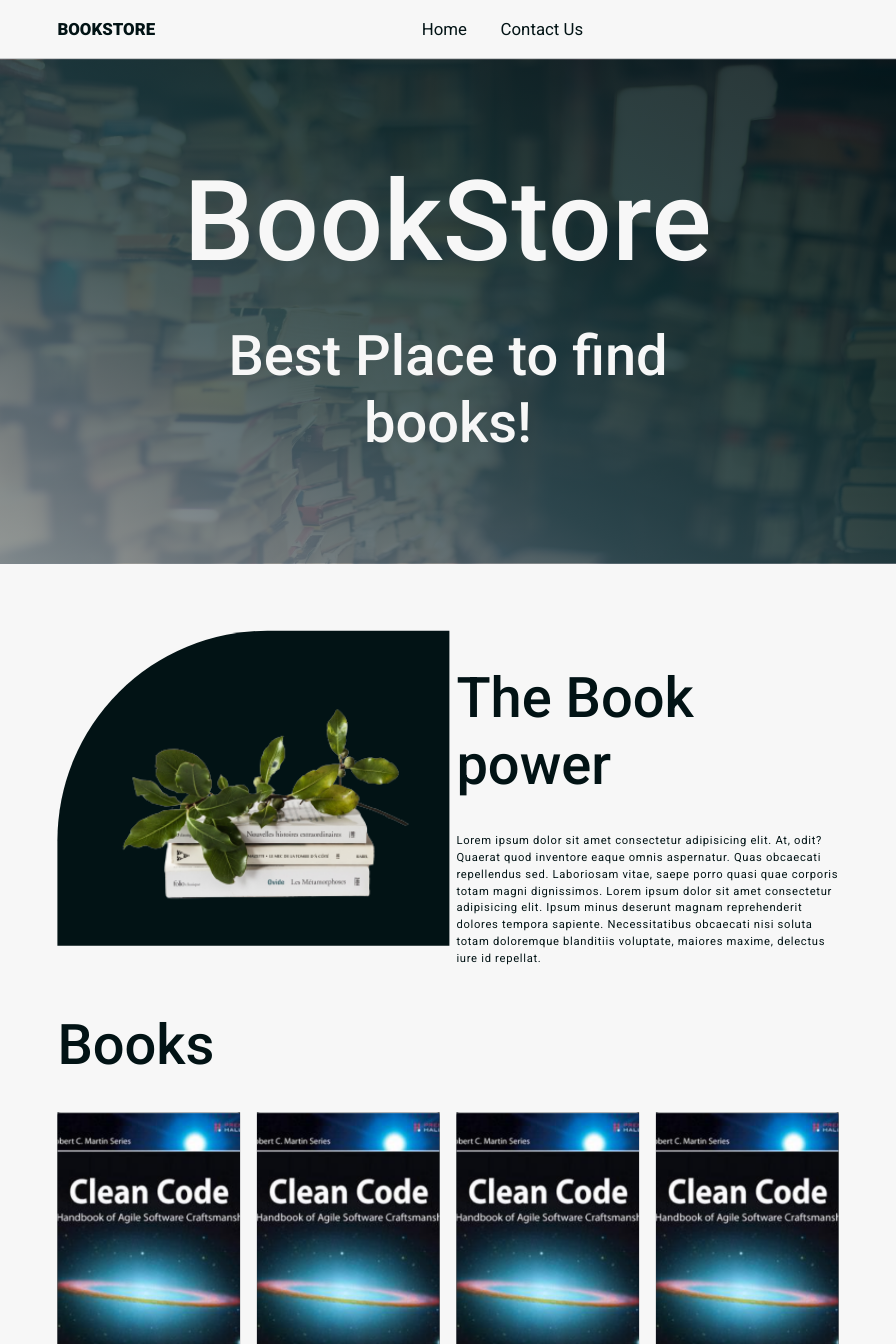
Repository: 12oly123/test
Page: index.html
These files come from the project's save history. The page is drawn as it stood at one moment and after the next save; the edit follows.
The browser window is 1280 px wide. The pictures show the part of the page from y = 0 to 1920 px (the page is 3179 px tall), at 70% of full size.

Above is the page before, as saved 2023-01-11 16:17:51.

### index.html
<!DOCTYPE html>
<html lang="en">

<head>
  <meta charset="UTF-8" />
  <meta http-equiv="X-UA-Compatible" content="IE=edge" />
  <meta name="viewport" content="width=device-width, initial-scale=1.0" />
  <title>BookStore Home</title>
  <!-- Fav icon -->
  <link rel="icon" href="images/favicon.png" type="image/png" />
  <!-- CSS Bootstrap -->
  <link rel="stylesheet" href="css/bootstrap.min.css" />
  <!-- CSS e projektit -->
  <link rel="stylesheet" href="css/style.css" />
  <!-- Font Family -->
  <link rel="preconnect" href="https://fonts.googleapis.com" />
  <link rel="preconnect" href="https://fonts.gstatic.com" crossorigin />
  <link href="https://fonts.googleapis.com/css2?family=Roboto:wght@300;400;500;900&display=swap" rel="stylesheet" />
  <!-- Ikona -->
  <link rel="stylesheet" href="https://cdnjs.cloudflare.com/ajax/libs/font-awesome/6.2.1/css/all.min.css"
    integrity="sha512-MV7K8+y+gLIBoVD59lQIYicR65iaqukzvf/nwasF0nqhPay5w/9lJmVM2hMDcnK1OnMGCdVK+iQrJ7lzPJQd1w=="
    crossorigin="anonymous" referrerpolicy="no-referrer" />
</head>

<body>
  <!-- Start Navbar -->
  <nav class="navbar navbar-expand-lg py-3">
    <div class="container">
      <a class="navbar-brand fw-bold fs-4 text-uppercase" href="home.html">BookStore</a>
      <button class="navbar-toggler" type="button" data-bs-toggle="collapse" data-bs-target="#navbar"
        aria-controls="navbar" aria-expanded="false" aria-label="Toggle navigation">
        <span class="navbar-toggler-icon"></span>
      </button>
      <div class="collapse navbar-collapse" id="navbar">
        <ul class="navbar-nav mx-auto mb-2 mb-lg-0 text-dark">
          <li class="nav-item px-3">
            <a class="nav-link" aria-current="page" href="home.html">Home</a>
          </li>
          <li class="nav-item px-3">
            <a class="nav-link" href="contact.html">Contact Us</a>
          </li>
        </ul>
      </div>
    </div>
  </nav>
  <!-- End Navbar -->
  <main>
    <!-- Start Banner -->
    <div class="container-fluid banner p-0">
      <div class="cover">
        <img src="images/bookCover.jpg" alt="" class="img-fluid" />

      </div>
      <div class="info-cover">
        <h1 class="mb-5">BookStore</h1>
        <h2 class="mb-5 pb-5">Best Place to find books!</h2>
      </div>
    </div>
    <!-- End Banner -->
    <!-- Start Book Power -->
    <div class="container-fluid my-5">
      <div class="container">
        <div class="row pt-5">
          <div class="col-12 col-md-6">
            <div id="shape1">
              <img src="images/cover.png" alt="" class="img-fluid" />
            </div>
          </div>
          <div class="col-12 col-md-6">
            <h2 class="powerBook my-5">The Book power</h2>
            <p>Lorem ipsum dolor sit amet consectetur adipisicing elit. At, odit? Quaerat quod inventore eaque omnis
              aspernatur. Quas obcaecati repellendus sed. Laboriosam vitae, saepe porro quasi quae corporis totam magni
              dignissimos. Lorem ipsum dolor sit amet consectetur adipisicing elit. Ipsum minus deserunt magnam
              reprehenderit dolores tempora sapiente. Necessitatibus obcaecati nisi soluta totam doloremque blanditiis
              voluptate, maiores maxime, delectus iure id repellat.</p>
          </div>
        </div>
      </div>

    </div>
    <!-- End Book Power -->
    <!-- Start Books -->
    <div class="container-fluid books my-5">
      <div class="container mt-5">
        <h2 class="my-5">Books</h2>
        <div class="row">
          <div class="col-12 col-md-6 col-lg-3 mb-5 mb-lg-3">
            <div class="card text-bg-dark">
              <img src="images/programim_1.png" class="card-img" alt="...">
              <div class="card-img-overlay overlay">
                <div class="text">
                  <h4 class="card-title">Clean Code</h4>
                  <p class="card-text">This is a wider card with supporting text below as a natural lead-in to
                    additional content. This content is a little bit longer.</p>
                  <a href="book.html" class="btn btn-outline-success">Read More</a>
                </div>
              </div>
            </div>
          </div>
          <div class="col-12 col-md-6 col-lg-3 mb-5 mb-lg-3">
            <div class="card text-bg-dark">
              <img src="images/programim_1.png" class="card-img" alt="...">
              <div class="card-img-overlay overlay">
                <div class="text">
                  <h4 class="card-title">Clean Code</h4>
                  <p class="card-text">This is a wider card with supporting text below as a natural lead-in to
                    additional content. This content is a little bit longer.</p>
                  <a href="book.html" class="btn btn-outline-success">Read More</a>
                </div>
              </div>
            </div>
          </div>
          <div class="col-12 col-md-6 col-lg-3 mb-5 mb-lg-3">
            <div class="card text-bg-dark">
              <img src="images/programim_1.png" class="card-img" alt="...">
              <div class="card-img-overlay overlay">
                <div class="text">
                  <h4 class="card-title">Clean Code</h4>
                  <p class="card-text">This is a wider card with supporting text below as a natural lead-in to
                    additional content. This content is a little bit longer.</p>
                  <a href="book.html" class="btn btn-outline-success">Read More</a>
                </div>
              </div>
            </div>
          </div>
          <div class="col-12 col-md-6 col-lg-3 mb-5 mb-lg-3">
            <div class="card text-bg-dark">
              <img src="images/programim_1.png" class="card-img" alt="...">
              <div class="card-img-overlay overlay">
                <div class="text">
                  <h4 class="card-title">Clean Code</h4>
                  <p class="card-text">This is a wider card with supporting text below as a natural lead-in to
                    additional content. This content is a little bit longer.</p>
                  <a href="book.html" class="btn btn-outline-success">Read More</a>
                </div>
              </div>
            </div>
          </div>
        </div>
      </div>
    </div>
    <!-- End Books -->
    <!-- Start one book -->
    <div class="container-fluid my-5">
      <div class="container my-5">
        <div class="row">
          <div class="col-12 col-md-6 d-flex justify-content-center">
            <img src="images/company of one.png" alt="" class="img-fluid " />
          </div>
          <div class="col-12 col-md-6">
            <div id="shape2" class="p-5 ms-lg-auto">
              <div class="p-5 mt-md-3 mt-lg-5">
                <h2>Company of one</h2>
                <h3>Why Staying Small is the next big thing for business!</h3>
                <p>Author: Paul Jarvis</p>
                <a href="book.html" class="btn">Read More</a>
              </div>
            </div>
          </div>

        </div>
      </div>
    </div>
    <!-- End one book -->
    <!-- Start Newsletters -->
    <div class="container-fluid newsLetter py-5">
      <div class="row">
        <div class="col-12 col-md-5 col-lg-4">
          <h3>SUBSCRIBE TO OUR <br> NEWSLETTER</h3>
        </div>
        <div class="col-12 col-md-7 col-lg-8">
          <form action="" class="w-75" onsubmit="event.preventDefault(); newsLetter()">
            <div class="mb-3">
              <input type="email" class="form-control py-3 px-lg-5 rounded-pill " required id="email"
                placeholder="Enter your email address" />
              <input type="submit" class="btn rounded-pill btn-outline-success py-2 px-lg-3" name="subscribe"
                id="subscribe" value="Subscribe" />
            </div>
          </form>
        </div>
      </div>
    </div>
    <!-- End Newsletters -->

  </main>
  <!-- Start Footer -->
  <footer class="py-5">
    <div class="container-fluid p-5">
      <div class="social pb-5">
        <a href="https://www.instagram.com/"><i class="fa-brands fa-instagram"></i></a>
        <a href="https://www.snapchat.com/"><i class="fa-brands fa-snapchat"></i></a>
        <a href="https://twitter.com/"><i class="fa-brands fa-twitter"></i></a>
        <a href="https://www.facebook.com/"><i class="fa-brands fa-facebook-f"></i></a>
      </div>
      <ul class="list-inline">
        <li class="list-inline-item"><a href="home.html">Home</a></li>
        <li class="list-inline-item"><a href="home.html">BookStore</a></li>
        <li class="list-inline-item"><a href="contact.html">Contact</a></li>
      </ul>
      <p class="copyright pt-5">BookStore © <span id="year"></span></p>
  </footer>
  <!-- End Footer -->
  <!-- JavaScript -->
  <script src="js/bootstrap.bundle.min.js"></script>
  <script src="js/function.js"></script>
</body>

</html>

### css/style.css
/* Primary style */
* {
  margin: 0;
  padding: 0;
}

body {
  color: #021315;
  font-size: 1em;
  font-family: "Roboto", sans-serif;
  line-height: 1.5;
  background-color: #f7f7f7;
}

/* Button */
.btn-outline-success {
  color: #021315;
}

.btn-outline-success:hover,
.btn-outline-success:active {
  color: #f7f7f7 !important;
  background-color: #021315 !important;
}

.btn-outline-success,
.btn-outline-success:hover,
.btn-outline-success:active {
  border-color: #021315 !important;
  border-radius: 0;
}

/* Navbar style */
nav {
  border-bottom: 1px solid #021315;
}

.nav-link,
.navbar-brand {
  color: #021315;
  font-size: 1.5em;
}

.nav-link:hover,
.navbar-brand:hover {
  color: #021315;
}

/* Banner */

.banner {
  position: relative;
  height: 100vh;
}

.banner img {
  height: 100vh;
  width: 100%;
}

.info-cover {
  position: absolute;
  top: 50%;
  left: 50%;
  transform: translate(-50%, -50%);
  text-align: center;
  color: #f7f7f7;
}

.info-cover h1 {
  margin-top: 0.5em;
  font-size: 10em;
  letter-spacing: 1px;
}

.info-cover h2,
.category h2,
.books h2 {
  font-size: 5em;
}

.cover::after {
  content: "";
  position: absolute;
  left: 0;
  top: 0;
  width: 100%;
  height: 100%;
  background-color: rgb(2, 19, 21, 0.7);
  background-image: linear-gradient(to left bottom,
      #02131580,
      #0b1d1f80,
      #10272980,
      #14323380,
      #193d3d80,
      #2c4e5180,
      #40606580,
      #54737a80,
      #7e919b80,
      #a8b1ba80,
      #d1d3d880,
      #f7f7f780);
}

/* Books */
#shape1,
#shape2 {
  width: 560px;
  height: 450px;
  background-color: #021315;
}

#shape1 {
  border-top-left-radius: 300px;
}

#shape2 {
  border-top-right-radius: 300px;
}

#shape1 img {
  position: relative;
  left: 5%;
  width: 100%;
}

.powerBook {
  font-size: 5em;
}

.powerBook+p {
  font-size: 1em;
  letter-spacing: 1px;
}

#shape2 h2,
#shape2 h3,
#shape2 p,
#shape2 a {
  color: #f7f7f7;
}

#shape2 a {
  border: 1px solid #f7f7f7;
  border-radius: 0;
}

/* Books in home */
.card {
  border: none;
  background-color: transparent;
  border-radius: 0;
}

.books img {
  height: 450px;
  object-fit: cover;
}

.card-img-overlay {
  opacity: 0;
  transition: .5s ease;
  background-image: linear-gradient(to left bottom,
      #021315,
      #0b1d1f,
      #102729,
      #143233,
      #193d3d,
      #2c4e51,
      #406065,
      #54737a,
      #7e919b,
      #a8b1ba,
      #d1d3d8,
      #f7f7f7);
}

.books .card:hover .card-img-overlay {
  opacity: 1;
}

.text {
  color: #f7f7f7;
  position: absolute;
  top: 50%;
  left: 50%;
  -webkit-transform: translate(-50%, -50%);
  -ms-transform: translate(-50%, -50%);
  transform: translate(-50%, -50%);
}

/* Newsletter */
.newsLetter {
  background-color: #021315;
  color: #f7f7f7;
  border-bottom: 1px solid #f7f7f7;
  text-align: center;
}

.newsLetter .col-4 {
  border-right: 1px solid #f7f7f7;
}

.newsLetter form {
  position: relative;
  margin: 0 auto;
}

.newsLetter form input[type="email"] {
  width: 100%;
}

#subscribe {
  position: absolute;
  bottom: 14%;
  right: 5%;
}

/* Book Style */
.info-book {
  display: flex;
  justify-content: space-between;
}

.fa-star {
  color: #021315;
}

/* Contact Style */
.alert-success {
  display: none;
}

iframe {
  width: 100%;
  height: 100%;
}

/* Footer */
footer {
  background-color: #021315;
}

footer ul {
  padding: 0;
  list-style: none;
  text-align: center;
  font-size: 1.5em;
  line-height: 1.6;
  margin-bottom: 0;
}

footer li {
  padding: 0 10px;
}

footer ul a {
  text-decoration: none;
  opacity: 0.5;
  color: #f7f7f7;
}

footer ul a:hover {
  opacity: 1;
}

.social {
  text-align: center;
}

.social a {
  font-size: 1.5em;
  width: 40px;
  height: 40px;
  line-height: 40px;
  display: inline-block;
  border-radius: 50%;
  border: 1px solid #f7f7f7;
  margin: 0 8px;
  color: #f7f7f7;
  opacity: 0.75;
}

.social a:hover,
ul>li>a:hover {
  color: #f7f7f7;
}

.copyright {
  margin-top: 15px;
  text-align: center;
  font-size: 1em;
  color: #fff;
  margin-bottom: 0;
  opacity: 0.75;
}

/* Responsivity */

@media screen and (max-width: 500px) {
  .info-cover h1 {
    font-size: 3em;
  }

  .info-cover h2,
  .category h2,
  .books h2 {
    font-size: 2em;
  }

  .info-book {
    flex-direction: column;
    margin-bottom: 20px;
  }

  .info-book img {
    margin-right: auto;
  }

  .powerBook {
    font-size: 3em;
  }

  #shape1,
  #shape2 {
    width: 370px;
    height: 402px;
    background-color: #021315;
  }

  #shape1 {
    border-top-left-radius: 210px;
  }

  #shape2 {
    border-top-right-radius: 210px;
  }

  #shape1 img {
    left: 5%;
  }

  .card-img-overlay {
    opacity: 1;
    transition: .5s ease;
    background-image: linear-gradient(to bottom, #02131590, #0b1d1f90, #10272990, #14323390, #193d3d90, #2c4e5190, #40606590, #54737a90, #7e919b, #a8b1ba, #d1d3d8, #f7f7f7);
  }
}

@media screen and (min-width: 321px) and (max-width: 800px) {
  .info-book {
    flex-direction: column;
    margin-bottom: 20px;
  }

  .imgBook .img-fluid {
    margin-right: auto;
    width: 95%;
  }

  .info-cover h1 {
    font-size: 5em;
  }

  .info-cover h2,
  .category h2,
  .books h2 {
    font-size: 3em;
  }
}

@media screen and (min-width: 801px) and (max-width: 900px) {
  .info-book {
    flex-direction: column;
    margin-bottom: 20px;
  }

  .imgBook .img-fluid {
    margin-right: auto;
    width: 95%;
  }
}

### js/function.js
// News letter
function newsLetter() {
  window.alert("Subscribe made successfully!");
}
// Rating star
var count = 0;

function startRating(item) {
  count = item.id[0];
  sessionStorage.star = count;
  for (var i = 0; i < 5; i++) {
    if (i < count) {
      document.getElementById(i + 1).classList.add("fa-solid");
    } else {
      document.getElementById(i + 1).classList.remove("fa-solid");
    }
  }
}

// Year in the footer
document.getElementById("year").textContent = new Date().getFullYear();

// Contact
function getMessage() {
  let firstName = document.getElementById("name").value;
  let lastName = document.getElementById("surname").value;

  if (!isNaN(firstName)) {
    document.getElementById("message").textContent = "Something went wrong";
    document.getElementsByClassName("alert-success")[0].style.display = "block";
    document
      .getElementsByClassName("alert-success")[0]
      .classList.add("alert-danger");
    return false;
  } else {
    document.getElementById("message").textContent =
      "Thank you " + firstName + " " + lastName + ". We got your message!";
    document.getElementsByClassName("alert-success")[0].style.display = "block";
  }
}

Loaded but not shown: css/bootstrap.min.css (library); js/bootstrap.bundle.min.js (library)

After the next save:
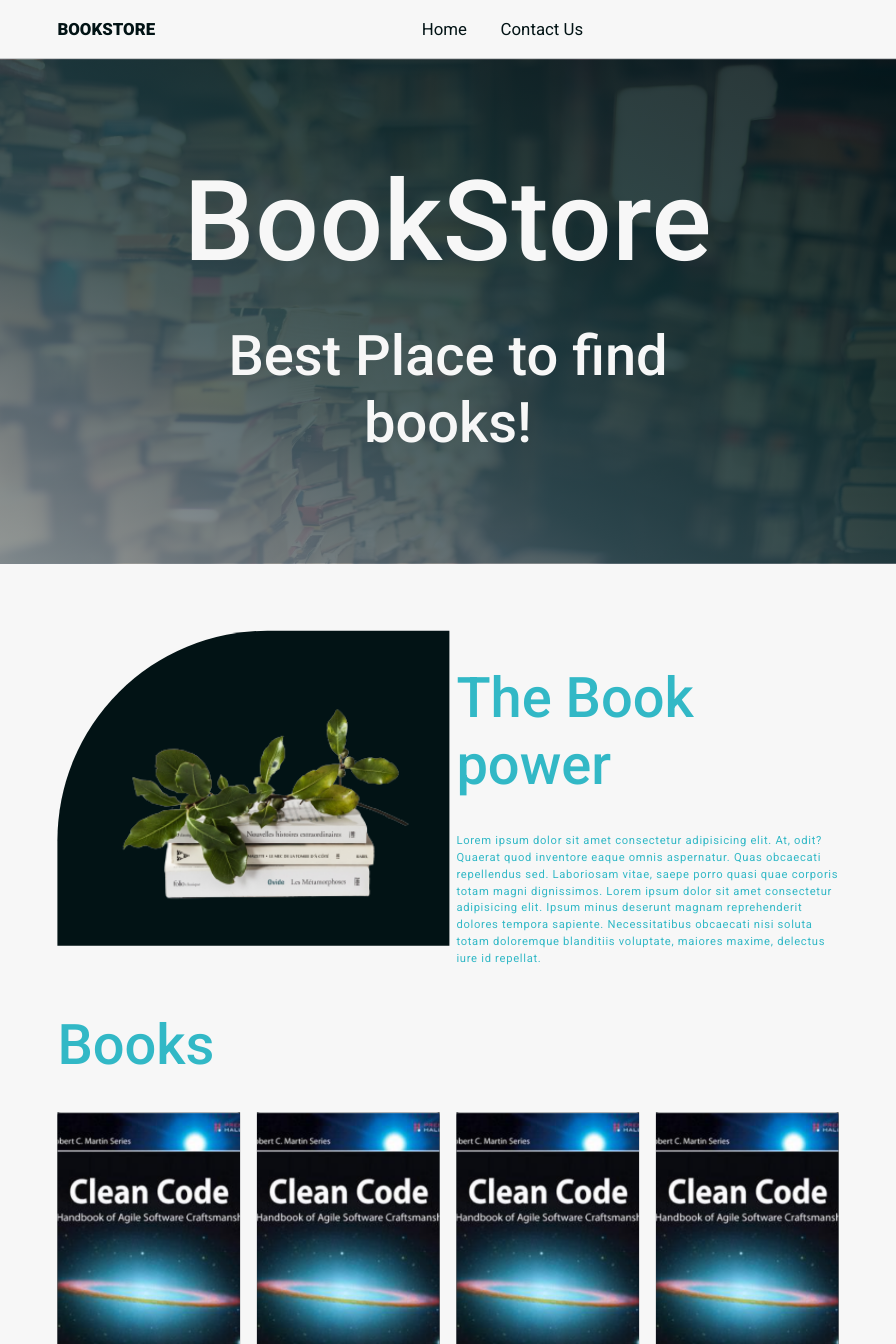
Saved 63 s later.
--- a/css/style.css
+++ b/css/style.css
@@ -5,7 +5,7 @@
 }
 
 body {
-  color: #021315;
+  color: #32b8c6;
   font-size: 1em;
   font-family: "Roboto", sans-serif;
   line-height: 1.5;
